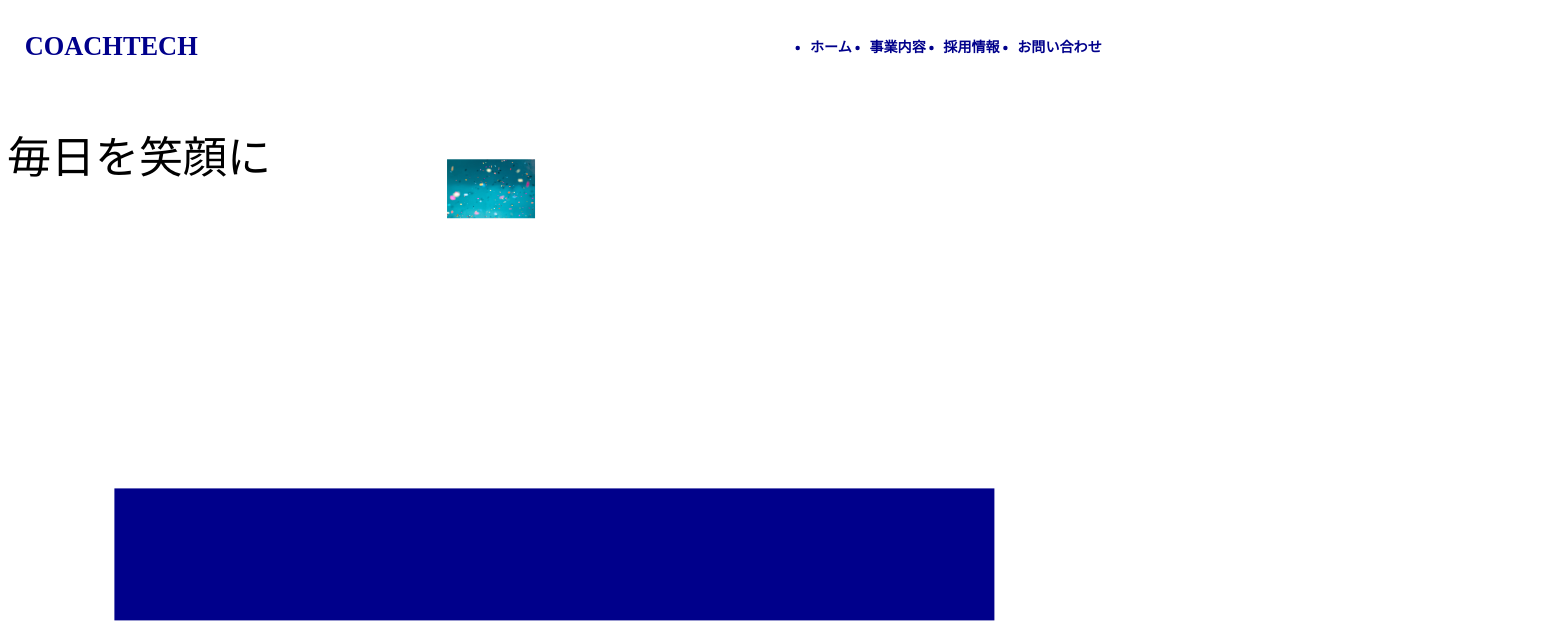
Repository: moro-ayu3/20230213_morohoshi
Page: index.html
The author's editor kept a copy of each file at every save. The page is drawn from the files as they stood at one save, then again after a run of saves.
The browser window is 1280 px wide. The page is 1772 px wide, so the pictures cover 1772 px, including what lies to the right of the window. The pictures show the whole page, at 88% of full size.

Above is the page before, as saved 2023-02-14 10:09:04.

### index.html
<!DOCTYPE html>
<html lang="ja">

  <head>
    <meta charset="UTF-8" />
    <meta name="viewport" content="width=device-width, initial-scale=1.0" />
    <title>css演習問題</title>
    <link rel="stylesheet" href="./style.css">
  </head>

  <body>
   <header class="header">
    <h1 class="header-ttl">
     COACHTECH
    </h1>
    <ul class="header-list">
      <li class="header-item">ホーム</li><li class="header-item">事業内容</li><li class="header-item">採用情報</li><li class="header-item">お問い合わせ</li>
   </ul>
   </header>
   <main>
    <div class="flex">
     <p>毎日を笑顔に</p>
     <div class="relative img">
      <img src="img/firstview.jpeg" width="100" heightalt="firstview">
     </div>
     <div class="absolute blue-box"></div>
    </div>
   </main>
  </body>

</html>

### style.css
.header {
  display: flex;
  justify-content: space-between;
  align-items: center;
  margin-top: 15px;
  color: #00008b;
}

.header-ttl {
  font-size: 30px;
  margin-left: 20px;
}

.header-list {
  display: flex;
  font-weight: bold;
}

.header-item {
  margin-right: 20px;
}

p {
  display: flex;
  flex-direction: row;
  color: black;
  font-size: 50px;
}

.relative {
  position: relative;
  bottom: 80px;
  left: 500px;
  z-index: 10;
}

.img {
  width: 100%
  height: auto;
}

.absolute {
  position: absolute;
  bottom: 15px;
  right: 150px;
  z-index: 0;
}

.blue-box {
  width: 1000px;
  height: 150px;
  background-color: #00008b;
}

After the next 5 saves:
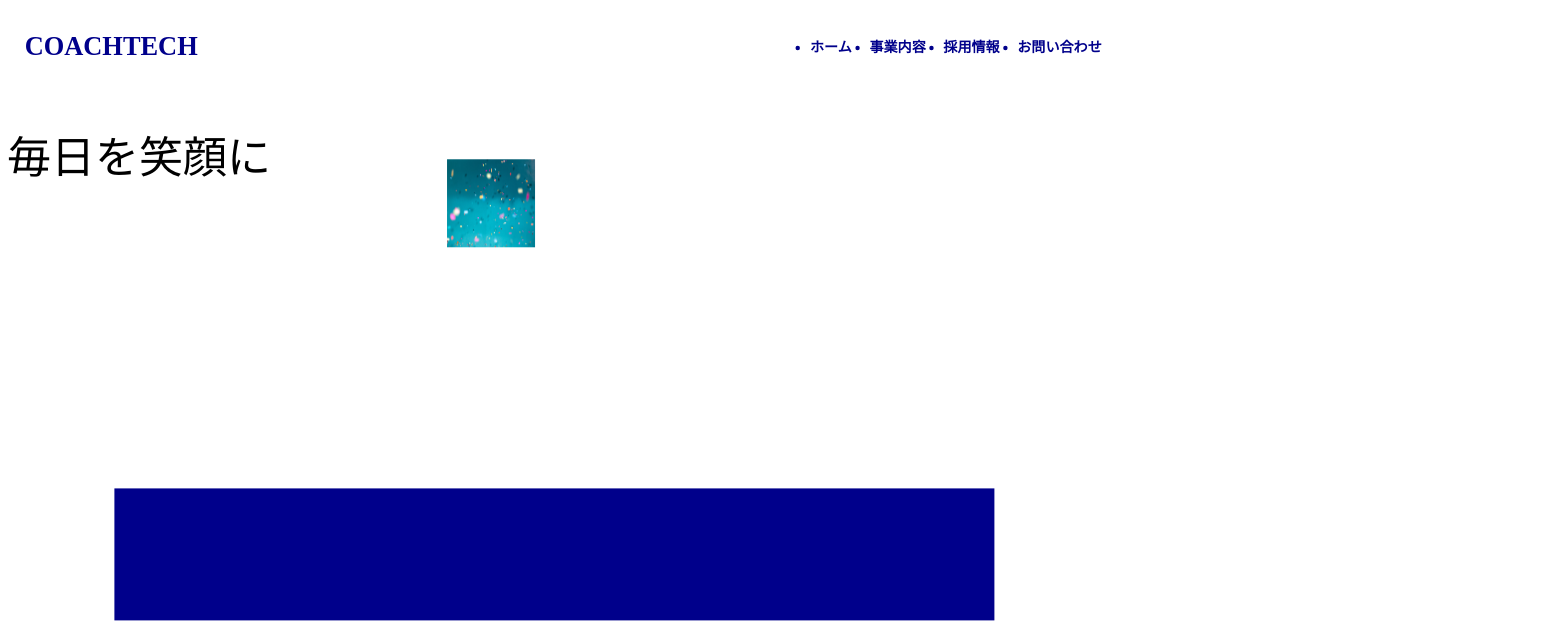
The 5 saves are shown as one change because they came seconds apart.
The last was saved 14 s later.
--- a/index.html
+++ b/index.html
@@ -21,7 +21,7 @@
     <div class="flex">
      <p>毎日を笑顔に</p>
      <div class="relative img">
-      <img src="img/firstview.jpeg" width="100" heightalt="firstview">
+      <img src="img/firstview.jpeg" width="100" height="100"alt="firstview">
      </div>
      <div class="absolute blue-box"></div>
     </div>
